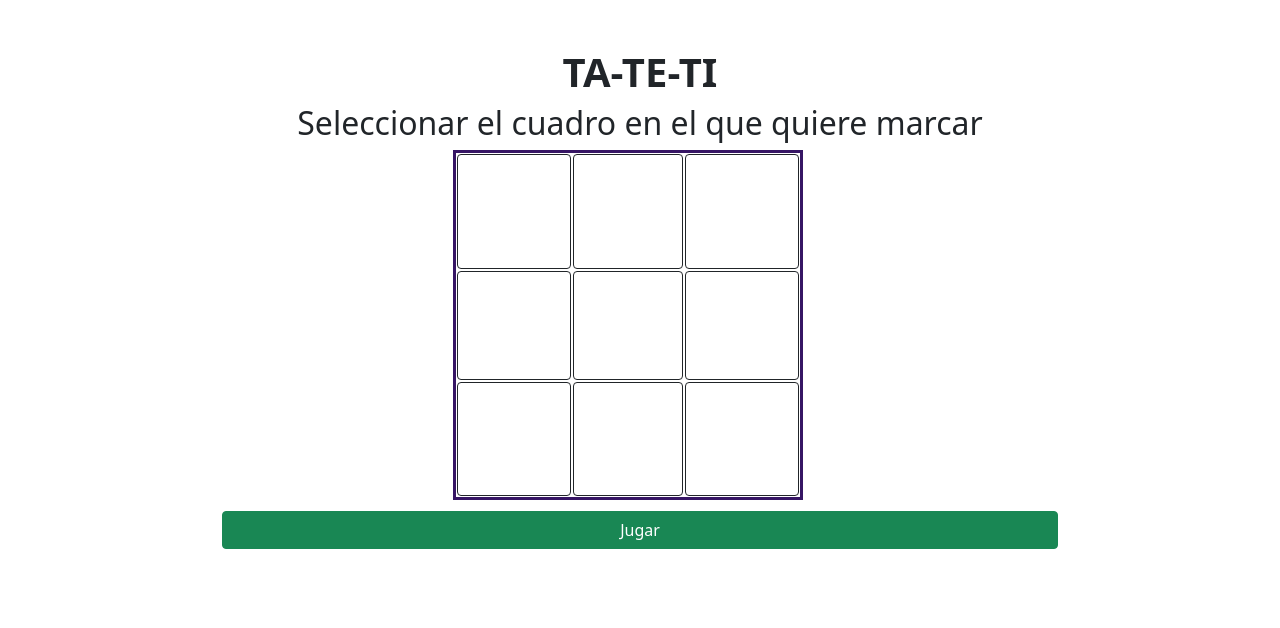
Repository: Lean97-start/TATETI
Page: Tateti.html
An editor plug-in stored every save of this project. The page is shown before and after the next save, followed by the edit.
The browser window is 1280 px wide. The pictures show the whole page.

Above is the page before, as saved 2021-07-11 23:18:33.
Console error: SyntaxError: Unexpected token ')'

### Tateti.html
<!DOCTYPE html>
<html lang="en">
<head>
    <meta charset="UTF-8">
    <link rel="stylesheet" type="text/css" href="Tateti.css">
    <link rel="stylesheet" href="Tateti.js">
    <link rel="stylesheet" type="text/css" href="https://necolas.github.io/normalize.css/8.0.1/normalize.css">
    <title>TATETI</title>
    <link href="https://cdn.jsdelivr.net/npm/bootstrap@5.0.2/dist/css/bootstrap.min.css" rel="stylesheet" integrity="sha384-EVSTQN3/azprG1Anm3QDgpJLIm9Nao0Yz1ztcQTwFspd3yD65VohhpuuCOmLASjC" crossorigin="anonymous">
</head>
<body>
    <div class="container mt-5">
        <H1 class="fw-bold text-center">TA-TE-TI</H1>
        <H2 class="fw-normal text-center">Seleccionar el cuadro en el que quiere marcar</H2>

            <div class="row w-100 h-100 bg-white text-center">
                <table class="border-3 text-center" id="cuadro">
                    <tr>
                        <td><button class="btn border-dark w-100 h-100" id="11"></button></td>
                        <td><button class="btn border-dark w-100 h-100" id="21"></button></td>
                        <td><button class="btn border-dark w-100 h-100" id="31"></button></td>
                    </tr>
                    <tr>
                        <td><button class="btn border-dark w-100 h-100" id="12"></button></td>
                        <td><button class="btn border-dark w-100 h-100" id="22"></button></td>
                        <td><button class="btn border-dark w-100 h-100" id="32"></button></td>
                    </tr>
                    <tr>
                        <td><button class="btn border-dark w-100 h-100" id="13"></button></td>
                        <td><button class="btn border-dark w-100 h-100" id="23"></button></td>
                        <td><button class="btn border-dark w-100 h-100" id="33"></button></td>
                    </tr>
                </table>
            </div>
            <div class="row">
                <div class="btn ">
                    <button type="button" class="btn btn-success my-1 w-75" id="btn-jugar">Jugar</button>
                </div>
            </div>

        </div>
    <script src="Tateti.js"></script>
    <script src="https://cdn.jsdelivr.net/npm/bootstrap@5.0.2/dist/js/bootstrap.bundle.min.js" integrity="sha384-MrcW6ZMFYlzcLA8Nl+NtUVF0sA7MsXsP1UyJoMp4YLEuNSfAP+JcXn/tWtIaxVXM" crossorigin="anonymous"></script>
</body>
</html>

### Tateti.css
h1{
    font-size: 55px;
    text-align: center;
}
h2{
    font-size: 30px;
    text-align: center;
}
#cuadro{
    border: 1px rgb(54, 21, 100) solid;
    background: white;
    position: static;
    height: 350px;
    width: 350px;
    margin: auto;


}
.entradas{
    text-align: center;
    font-family: Arial, Helvetica, sans-serif;
    font-size: 60px;
    height: 80px;
    width: 80px;
    box-sizing: border-box;

}

### Tateti.js
let var1, var2, var3,var4, var5,var6 = undefined
function mostrar(){
    let prueba = document.getElementById('v1');
    alert(prueba);
}
function jugarTurno (){
    if(){

    }
    else if (var1 != undefined || var2 != undefined || var3 != undefined ||var4 != undefined ||var5 != undefined || var6 != undefined ){

    }


}

After the next save:
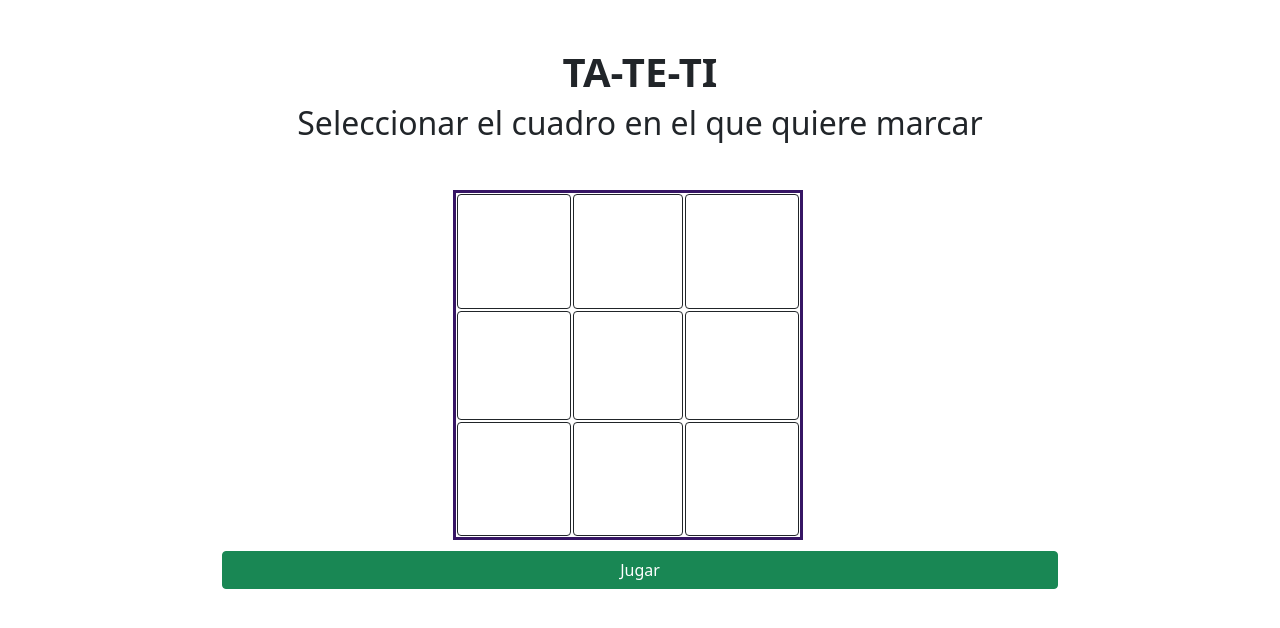
Saved 10 s later.
--- a/Tateti.html
+++ b/Tateti.html
@@ -13,7 +13,7 @@
         <H1 class="fw-bold text-center">TA-TE-TI</H1>
         <H2 class="fw-normal text-center">Seleccionar el cuadro en el que quiere marcar</H2>
 
-            <div class="row w-100 h-100 bg-white text-center">
+            <div class="row w-100 h-100 bg-white text-center mt-5">
                 <table class="border-3 text-center" id="cuadro">
                     <tr>
                         <td><button class="btn border-dark w-100 h-100" id="11"></button></td>

After the save that followed:
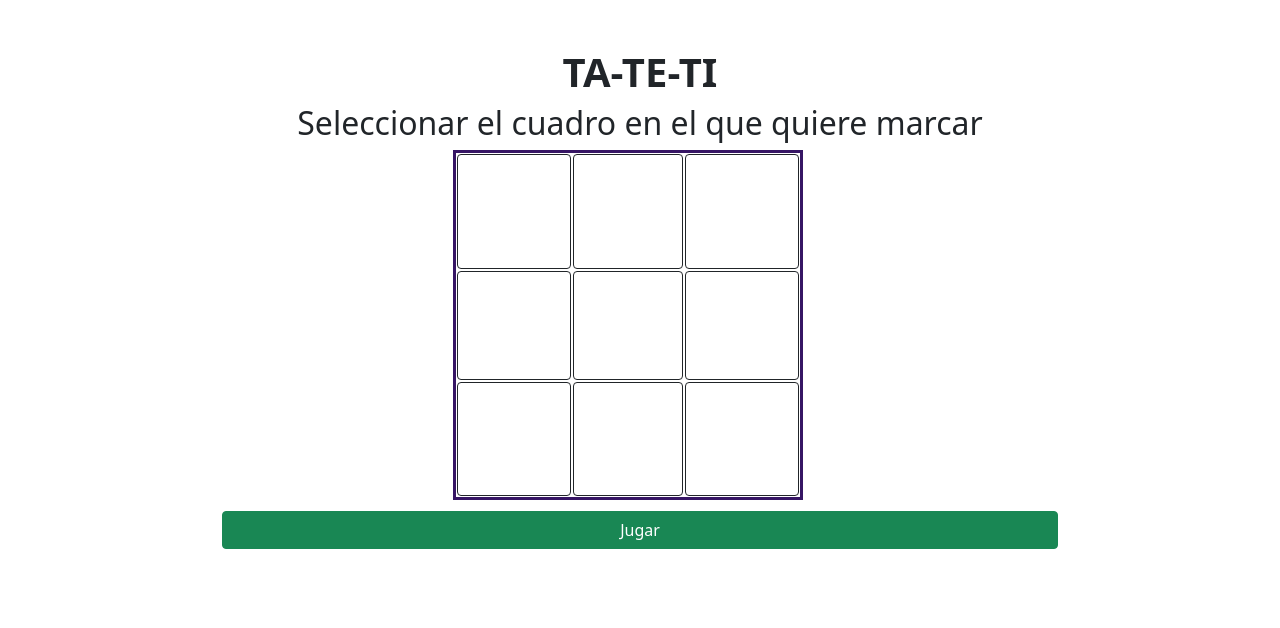
Saved 6 s later.
--- a/Tateti.html
+++ b/Tateti.html
@@ -13,7 +13,7 @@
         <H1 class="fw-bold text-center">TA-TE-TI</H1>
         <H2 class="fw-normal text-center">Seleccionar el cuadro en el que quiere marcar</H2>
 
-            <div class="row w-100 h-100 bg-white text-center mt-5">
+            <div class="row w-100 h-100 bg-white text-center mt-1">
                 <table class="border-3 text-center" id="cuadro">
                     <tr>
                         <td><button class="btn border-dark w-100 h-100" id="11"></button></td>
